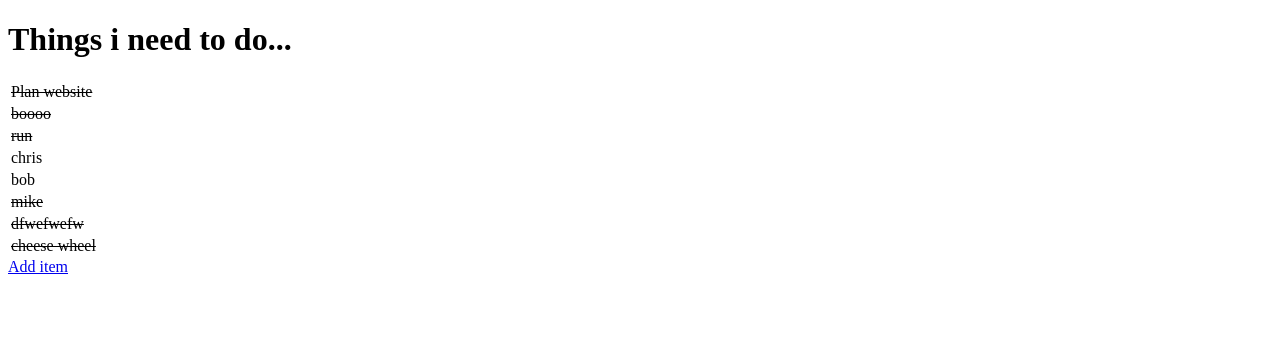
Repository: chrismurray1980/django-todo
Page: http://localhost/
The author's editor kept a record of every edit. The page is drawn from the files as they stood at one moment, then again after the next edit.
The browser window is 1280 px wide. The pictures show the whole page.
The page is served by the project's application, run on Django 2.2 (manage.py). The page reads the database file committed with the project.

Above is the page before.

After the next edit:
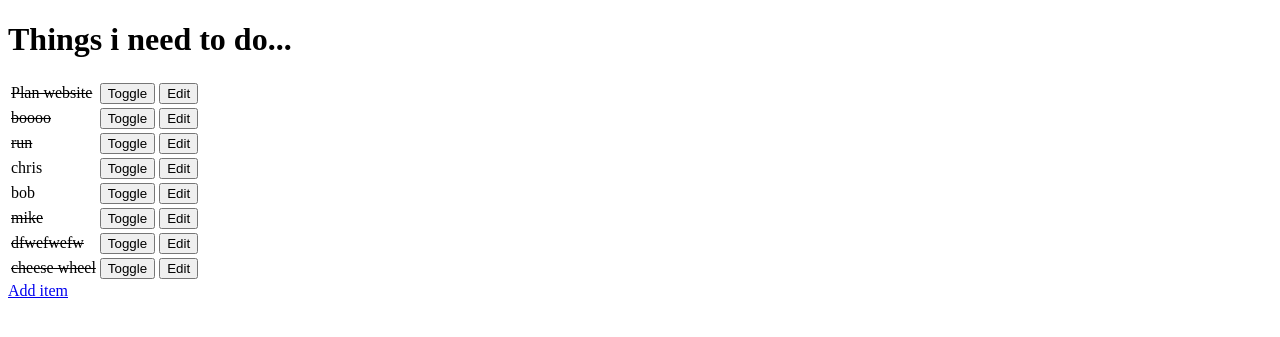
The edit:
--- a/todo/templates/todo_list.html
+++ b/todo/templates/todo_list.html
@@ -17,6 +17,12 @@
             {% else %}
             <td>{{ item.name }}</td>
             {% endif %}
+            <td>
+                <form method="POST" action="toggle/{{item.id}}">{% csrf_token %}<input type="submit" value="Toggle"></form>
+            </td>
+            <td>
+                <form method="GET" action="edit/{{item.id}}"><input type="submit" value="Edit"></form>
+            </td>
         </tr>
         {% empty %}
         <p>No items listed</p>
